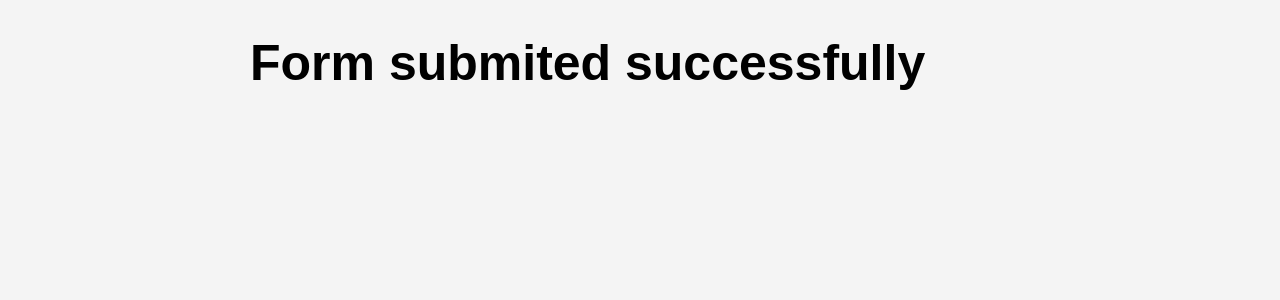
Repository: snehal-shinde151/my_repo
Page: classpro/src/main/webapp/WEB-INF/submit.html
These files come from the project's save history. The page is drawn as it stood at one moment and after the next save; the edit follows.
The browser window is 1280 px wide. The pictures show the whole page.

Above is the page before, as saved 2025-03-04 10:53:55.

### classpro/src/main/webapp/WEB-INF/submit.html
<!DOCTYPE html>
<html>
<head>
<meta charset="UTF-8">
<title>Submit Page</title>
</head>
<body>

<style>
 body{
   font-family:arial;
   background-color:#f4f4f4;
   margin-left:250px;
   padding:0px;
 }
 .btn{
 width:10px;
 height:40px;
 margin:10px;
 margin-left:50px;
 padding-left:80px;
 padding-right:80px;
 background-color:white;
 border-radius:8px;
 }
 h1{
  font-size:50px;
 }

</style>
  <h1> Form submited successfully</h1>
  <label for="student"></label>


</body>
</html>

After the next save:
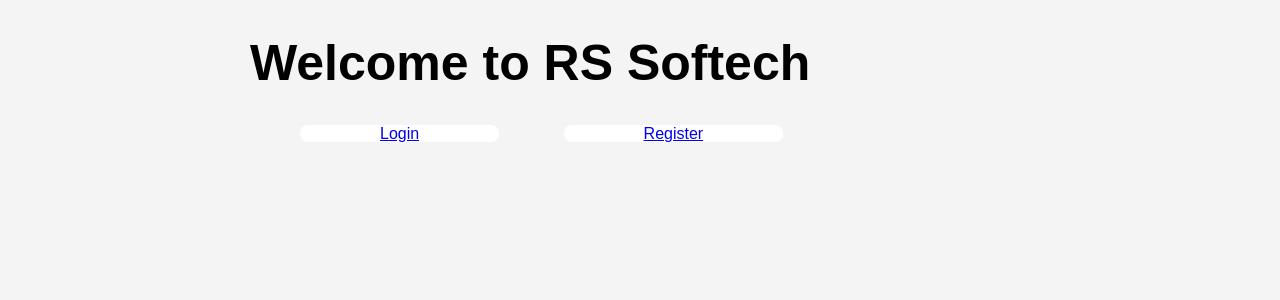
Saved 3 min 43 s later.
--- a/classpro/src/main/webapp/WEB-INF/submit.html
+++ b/classpro/src/main/webapp/WEB-INF/submit.html
@@ -2,7 +2,7 @@
 <html>
 <head>
 <meta charset="UTF-8">
-<title>Submit Page</title>
+<title>Welcome Page</title>
 </head>
 <body>
 
@@ -28,9 +28,10 @@
  }
 
 </style>
-  <h1> Form submited successfully</h1>
+  <h1> Welcome to RS Softech</h1>
   <label for="student"></label>
-
+  <a class="btn"  value="Login" href="login.html">Login</a>
+    <a class="btn" value="Register" href="Registration.html">Register</a>
 
 </body>
 </html>
